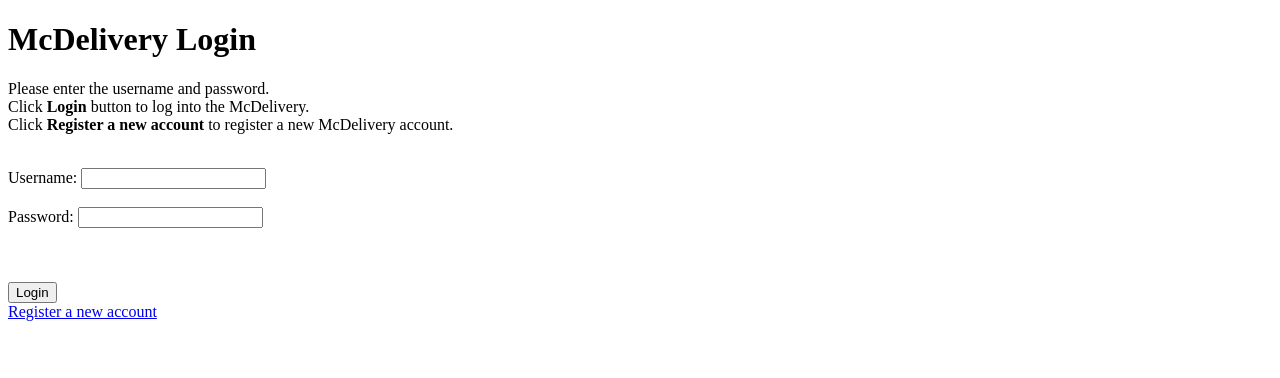
Repository: Jeck97/Mcdonald-Delivery-System
Page: http://localhost/McDelivery/login/loginForm.jsp
An editor plug-in stored every save of this project. The page is shown before and after the next save, followed by the edit.
The browser window is 1280 px wide. The pictures show the whole page.
The page is served by Tomcat 9.

Above is the page before, as saved 2020-07-10 11:50:35.

After the next save:
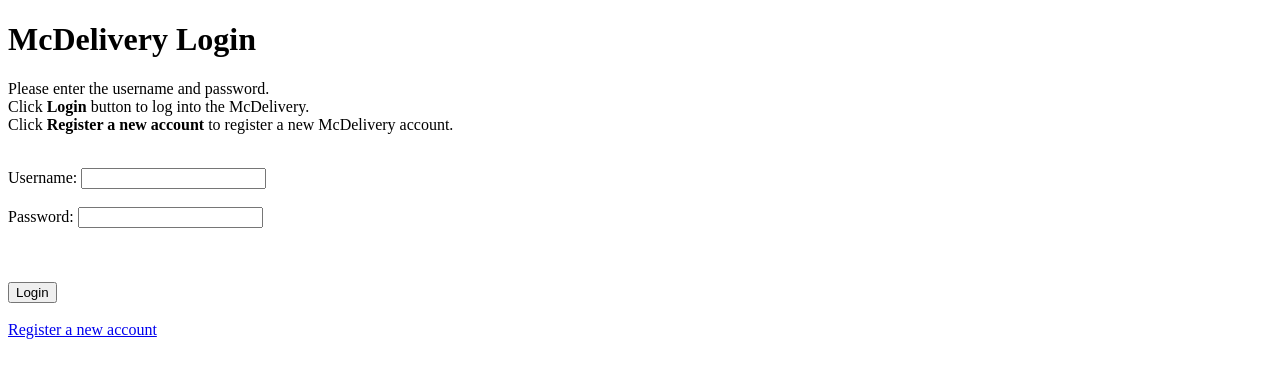
Saved 5 s later.
--- a/McDelivery/WebContent/login/loginForm.jsp
+++ b/McDelivery/WebContent/login/loginForm.jsp
@@ -29,9 +29,6 @@
 		<br><br>
 		<input type="submit" value="Login">
 
-		<c:remove var="errorMessage" scope="session" />
-		<c:remove var="username" scope="session" />
-
 	</form>
 
 	<br>
